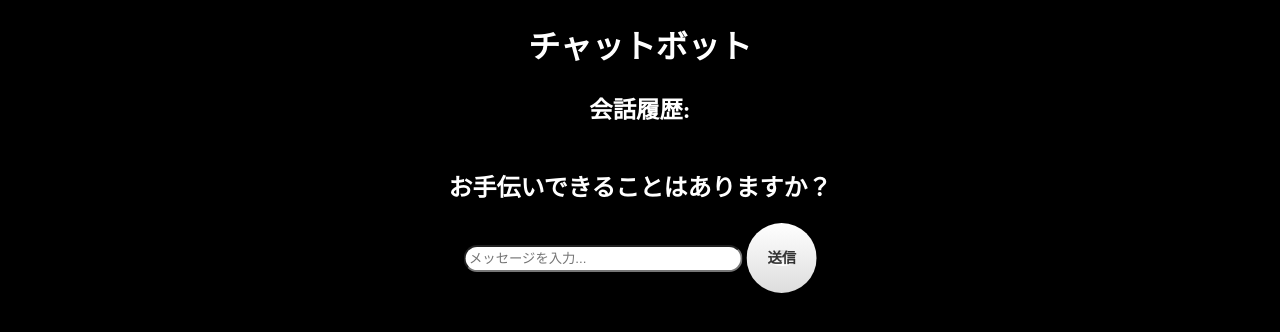
Repository: takumidayo0904/chatbot
Page: http://localhost/ChatBot/
An editor plug-in stored every save of this project. The page is shown before and after the next save, followed by the edit.
The browser window is 1280 px wide. The pictures show the whole page.
The page is served by Tomcat 9.

Above is the page before, as saved 2025-02-03 10:10:31.

After the next save:
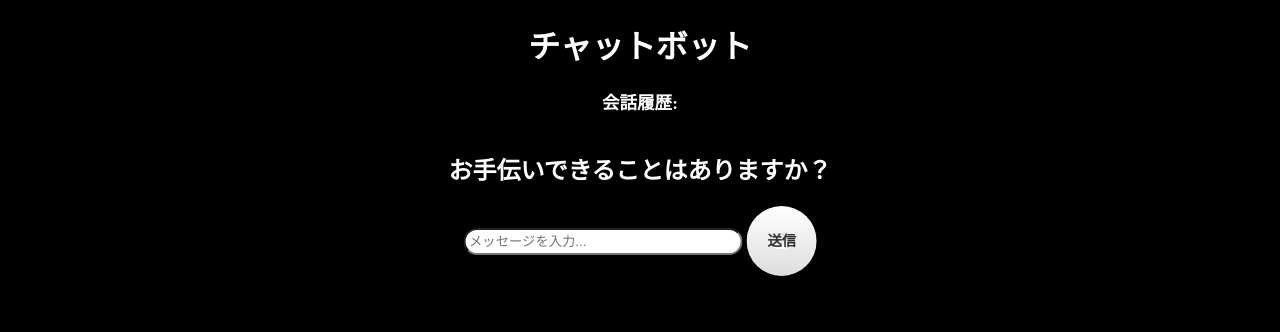
Saved 31 s later.
--- a/ChatBot/WebContent/index.jsp
+++ b/ChatBot/WebContent/index.jsp
@@ -33,7 +33,7 @@ body {
 
 .chat-messages {
 	color: #FFFFFF;
-	font-size: 20px;
+	font-size: 15px;
 }
 
 .button-46:hover {
